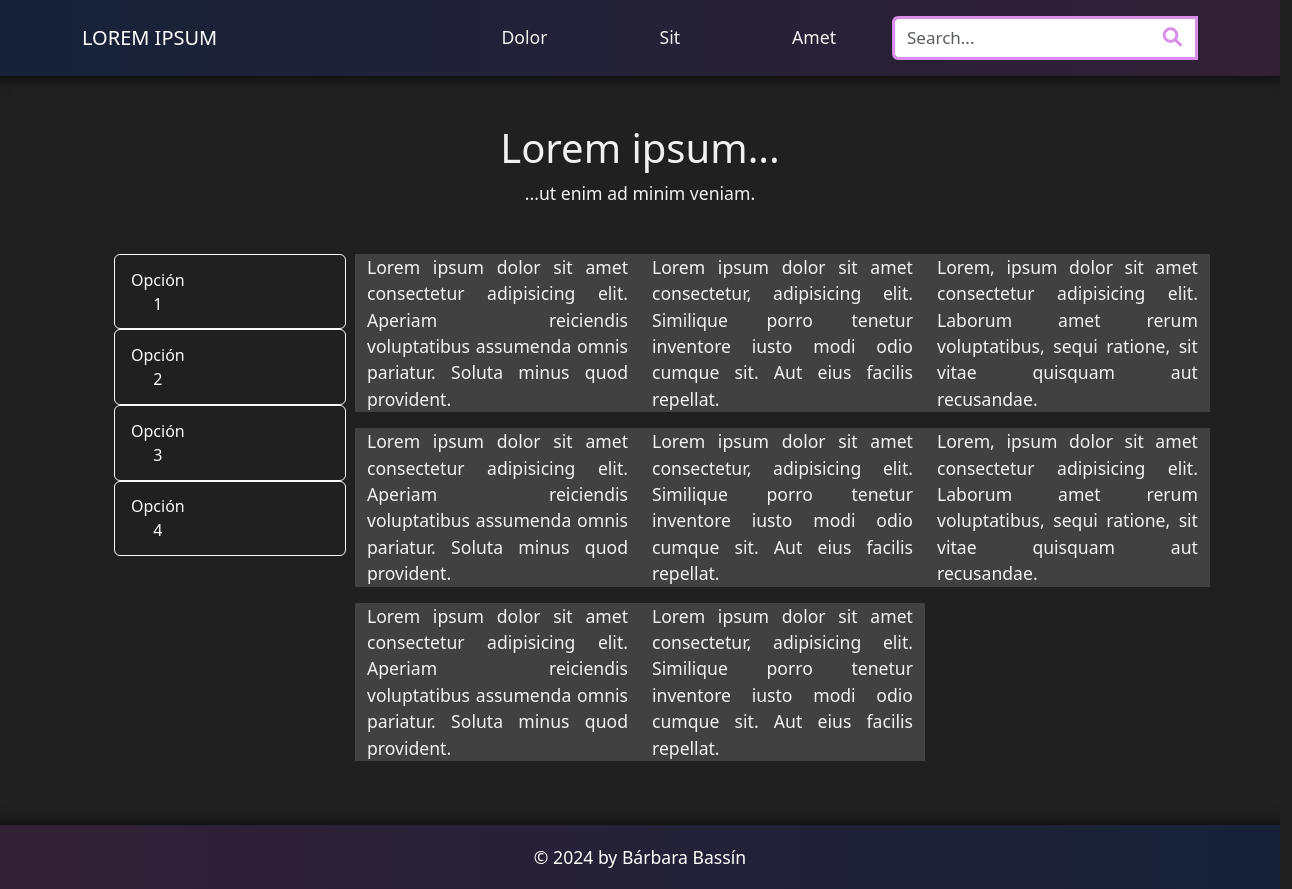
Repository: romancegirl/responsiveness
Page: index.html
The author's editor kept a copy of each file at every save. The page is drawn from the files as they stood at one save, then again after the next save.
The browser window is 1280 px wide. The page is 1280 px wide, then 1292 px, so the pictures cover 1292 px, including what lies to the right of the window. The pictures show the whole page.

Above is the page before, as saved 2024-11-29 21:32:05.

### index.html
<!DOCTYPE html>
<html lang="en">

<head>
    <meta charset="UTF-8">
    <meta name="viewport" content="width=device-width, initial-scale=1.0">
    <title>Responsiveness - Bárbara Bassín</title>
    <link href="https://cdn.jsdelivr.net/npm/bootstrap@5.3.0/dist/css/bootstrap.min.css" rel="stylesheet">
    <link rel="stylesheet" href="https://cdnjs.cloudflare.com/ajax/libs/font-awesome/6.0.0-beta3/css/all.min.css">
    <link rel="stylesheet" href="css/header-and-footer.css">
    <link rel="stylesheet" href="css/styles.css">
</head>

<body>
    <!-- Header -->
    <header class="py-2">
        <div class="container d-flex align-items-center justify-content-between" id="profile">
            <h5 class="m-0">LOREM IPSUM</h5>
            <nav class="navbar navbar-expand-lg">
                <button class="navbar-toggler" type="button" data-bs-toggle="collapse" data-bs-target="#navbarNav"
                    aria-controls="navbarNav" aria-expanded="false" aria-label="Toggle navigation">
                    <i class="fas fa-bars"></i>
                </button>
                <div class="collapse navbar-collapse" id="navbarNav">
                    <ul class="navbar-nav">
                        <li class="nav-item"><a class="nav-link">Dolor</a></li>
                        <li class="nav-item"><a class="nav-link">Sit</a></li>
                        <li class="nav-item"><a class="nav-link">Amet</a></li>
                        <li class="nav-item dropdown d-lg-none">
                            <a class="nav-link dropdown-toggle" href="#" id="dropdownMenuButton" role="button"
                                data-bs-toggle="dropdown" aria-expanded="false">
                                Opciones
                            </a>
                            <ul class="dropdown-menu" aria-labelledby="dropdownMenuButton">
                                <li><button type="button" class="dropdown-item">Opción 1</button></li>
                                <li><button type="button" class="dropdown-item">Opción 2</button></li>
                                <li><button type="button" class="dropdown-item">Opción 3</button></li>
                                <li><button type="button" class="dropdown-item">Opción 4</button></li>
                            </ul>
                        </li>
                        <li>
                            <div class="search-container">
                                <form action="/action_page.php">
                                    <div class="input-group">
                                        <input type="text" class="form-control" placeholder="Search..." name="search">
                                        <button type="submit" class="btn">
                                            <i class="fa fa-search"></i>
                                        </button>
                                    </div>
                                </form>
                            </div>
                        </li>
                    </ul>
                </div>
            </nav>
        </div>
    </header>



    <!-- Main -->
    <main class="container-main my-5">
        <div>
            <h1>Lorem ipsum...</h1>
            <div id="textCarousel" class="carousel slide" data-bs-ride="carousel" data-bs-interval="2000">
                <div class="carousel-inner">
                    <div class="carousel-item active">
                        <p>...olor sit amet, consectetur adipiscing elit...</p>
                    </div>
                    <div class="carousel-item">
                        <p>...sed do eiusmod tempor incididunt ut labore...</p>
                    </div>
                    <div class="carousel-item">
                        <p>...ut enim ad minim veniam.</p>
                    </div>
                </div>
            </div>
        </div>


        <div class="container inside">
            <div class="row">
                <div class="col-lg-3 d-none d-lg-block" id="options">
                    <ul>
                        <li><button type="button" class="btn btn-outline-light">Opción 1</button></li>
                        <li><button type="button" class="btn btn-outline-light">Opción 2</button></li>
                        <li><button type="button" class="btn btn-outline-light">Opción 3</button></li>
                        <li><button type="button" class="btn btn-outline-light">Opción 4</button></li>
                    </ul>
                </div>
                <div class="col-lg-9 col-md-12" id="paragraphs">
                    <div class="row">
                        <div class="col-6 col-md-4 paragraph">Lorem ipsum dolor sit amet consectetur adipisicing elit.
                            Aperiam reiciendis voluptatibus assumenda omnis pariatur. Soluta minus quod provident.
                        </div>
                        <div class="col-6 col-md-4 paragraph">Lorem ipsum dolor sit amet consectetur, adipisicing elit.
                            Similique porro
                            tenetur inventore iusto modi odio cumque sit. Aut eius facilis repellat.</div>
                        <div class="col-6 col-md-4 paragraph">Lorem, ipsum dolor sit amet consectetur adipisicing elit.
                            Laborum
                            amet rerum
                            voluptatibus, sequi ratione, sit vitae quisquam aut recusandae.</div>
                        <div class="col-6 col-md-4 paragraph">Lorem ipsum dolor sit amet consectetur adipisicing elit.
                            Aperiam
                            reiciendis
                            voluptatibus assumenda omnis pariatur. Soluta minus quod provident.</div>
                        <div class="col-6 col-md-4 paragraph">Lorem ipsum dolor sit amet consectetur, adipisicing elit.
                            Similique porro
                            tenetur inventore iusto modi odio cumque sit. Aut eius facilis repellat.</div>
                        <div class="col-6 col-md-4 paragraph">Lorem, ipsum dolor sit amet consectetur adipisicing elit.
                            Laborum
                            amet rerum
                            voluptatibus, sequi ratione, sit vitae quisquam aut recusandae.</div>
                        <div class="col-6 col-md-4 paragraph">Lorem ipsum dolor sit amet consectetur adipisicing elit.
                            Aperiam
                            reiciendis
                            voluptatibus assumenda omnis pariatur. Soluta minus quod provident.</div>
                        <div class="col-6 col-md-4 paragraph">Lorem ipsum dolor sit amet consectetur, adipisicing elit.
                            Similique porro
                            tenetur inventore iusto modi odio cumque sit. Aut eius facilis repellat.</div>
                    </div>
                </div>
            </div>
        </div>
    </main>

    <!-- Footer -->
    <footer class="bg-dark text-center py-2">
        <div>&copy; 2024 by Bárbara Bassín</div>
    </footer>
    <script src="js/script.js"></script>
    <script src="https://cdn.jsdelivr.net/npm/bootstrap@5.3.0/dist/js/bootstrap.bundle.min.js"></script>
</body>

</html>

### css/header-and-footer.css
header {
    background: linear-gradient(to right, #162238, #322036);
    color: #fff;
    position: relative;
    box-shadow: 0 0 10px 5px rgba(0, 0, 0, 0.5);
}

main {
    min-height: 70vh;
    padding-bottom: 1rem;
    box-sizing: border-box;
}

a.nav-link {
    color: #f1f1f1;
}

a.nav-link:hover {
    color: #f6c7de;
    transition: color 0.3s, text-shadow 0.3s;
    transform: scale(1.05);
}

.search-container {
    display: flex;
    justify-content: center;
    align-items: center;
    position: relative;
}

.input-group .form-control {
    padding-right: 2.5rem;
    font-size: 17px;
    border: 0.2rem solid #d98fe9;
}

.input-group .btn {
    position: absolute;
    right: 1rem;
    top: 50%;
    transform: translateY(-50%);
    background-color: transparent;
    border: none;
    padding: 0;
    cursor: pointer;
}

.input-group .btn .fa-search {
    color: #d98fe9;
    font-size: 1.2rem;
}

.navbar-nav .nav-item {
    margin: 0 3rem 0 3rem;
}


/* navbar-toggle */

.navbar-toggler {
    border-color: #fff;
}

.navbar-toggler .fas {
    color: #fff;
    /* Cambia el color del ícono */
}

.navbar-collapse {
    justify-content: flex-end;
}

.navbar-toggler:hover {
    cursor: pointer;
}

.navbar-toggler:focus {
    outline: none;
    box-shadow: none;
}

@media (max-width: 995px) {

    .navbar-collapse {
        display: none;
        position: absolute;
        top: 119%;
        left: -190px;
        width: 100%;
        z-index: 999;
        flex-direction: column-reverse;
        align-items: center;
    }

    .navbar-collapse.show {
        display: flex;
    }

    .navbar {
        width: 60%;
    }

    .navbar-nav {
        background: linear-gradient(to right, #162238fd, #322036fd);
        color: #fff;
        padding: 1.5rem;
        border-radius: 0 0 50px 50px;
        font-weight: bold;
        text-align: center;
        box-shadow: 0 0 10px 5px rgba(0, 0, 0, 0.5);

    }

    .navbar-nav:hover {
        cursor: pointer;

    }

    a.nav-link:hover {
        color: #f6c7de;
        transition: color 0.3s, text-shadow 0.3s;
        transform: scale(1.05);
    }

    .navbar-nav .nav-item {
        margin: 10px 0;
    }

    .navbar a {
        float: none;
        display: block;
        text-align: center;
        width: 100%;
        margin: 0;
        padding: 0.5rem;
    }

    .navbar .search-container {
        float: none;
    }

    .navbar .search-container button {
        align-items: right;
    }

    .navbar input[type=text] {
        border-radius: 0.2rem;
        border: 0.2rem solid #d98fe9;
    }

}


@media (max-width: 768px) {

    .navbar-collapse {
        display: none;
        position: absolute;
        top: 119%;
        left: -140px;
        width: 100%;
        z-index: 999;
        flex-direction: column-reverse;
        align-items: center;
    }


}


footer {
    background: linear-gradient(to right, #322036, #162238);
    color: #fff;
    bottom: 0;
    min-height: 4rem;
    display: flex;
    justify-content: center;
    align-items: center;
    box-shadow: 0 0 10px 5px rgba(0, 0, 0, 0.5);
}

### css/styles.css
body {
    background-color: #202020;
    color: #f1f1f1;
    font-size: 110%;
}


.container-main {
    padding: 0;
    margin: 0;
}

h1 {
    text-align: center;
}


h5 {
    margin: 0;
}

/* General */

#textCarousel {
    width: 40rem;
    margin: auto;
}

p {
    text-align: center;
}

.row {
    text-align: justify;
}

.paragraph {
margin-bottom: 1rem;
background-color: #414141;
}

.inside {
    margin-top: 2rem;
}

.btn-outline-light {
    padding: 0.8rem 10rem 0.8rem 1rem;
}

li {
    list-style: none;
}



/* Responsiveness */


@media screen and (max-width: 1400px) {

    .title-large,
    .title-x-small {
        display: none;
    }

    .title-small {
        display: block;
    }
}

@media screen and (max-width: 768px) {


    #textCarousel {
        max-width: 90%; /* Usa un tamaño relativo en lugar de fijo */
    }
}

### js/script.js
document.addEventListener('click', function(event) {
    var navbar = document.querySelector('.navbar-collapse');
    var toggler = document.querySelector('.navbar-toggler');

    // Si el menú está abierto y se hace clic fuera de él, lo cierra
    if (navbar.classList.contains('show') && !navbar.contains(event.target) && !toggler.contains(event.target)) {
        var bsCollapse = new bootstrap.Collapse(navbar, {
            toggle: false
        });
        bsCollapse.hide();
    }
});

After the next save:
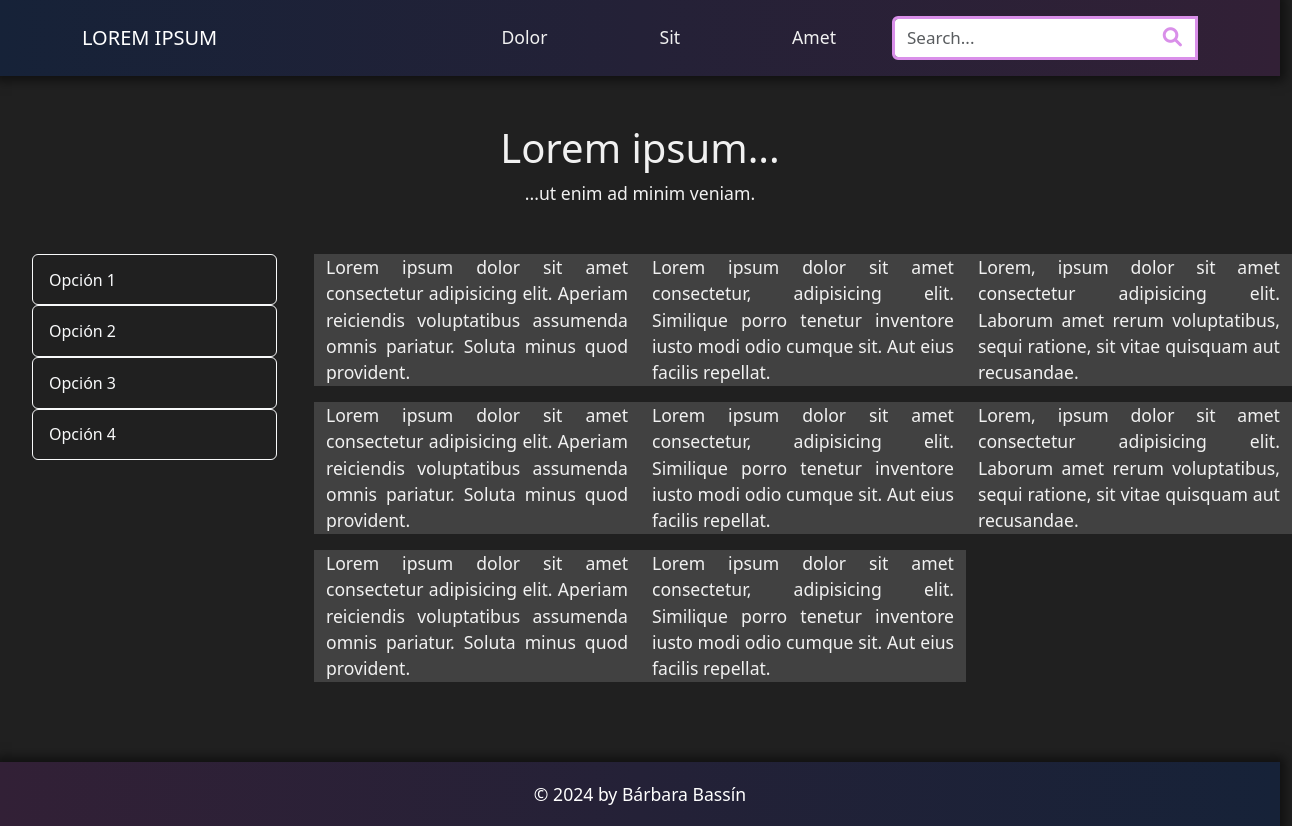
Saved 42 s later.
--- a/index.html
+++ b/index.html
@@ -59,7 +59,7 @@
 
 
     <!-- Main -->
-    <main class="container-main my-5">
+    <main class="containerMain my-5">
         <div>
             <h1>Lorem ipsum...</h1>
             <div id="textCarousel" class="carousel slide" data-bs-ride="carousel" data-bs-interval="2000">
@@ -78,7 +78,7 @@
         </div>
 
 
-        <div class="container inside">
+        <div class="containerMain inside">
             <div class="row">
                 <div class="col-lg-3 d-none d-lg-block" id="options">
                     <ul>
